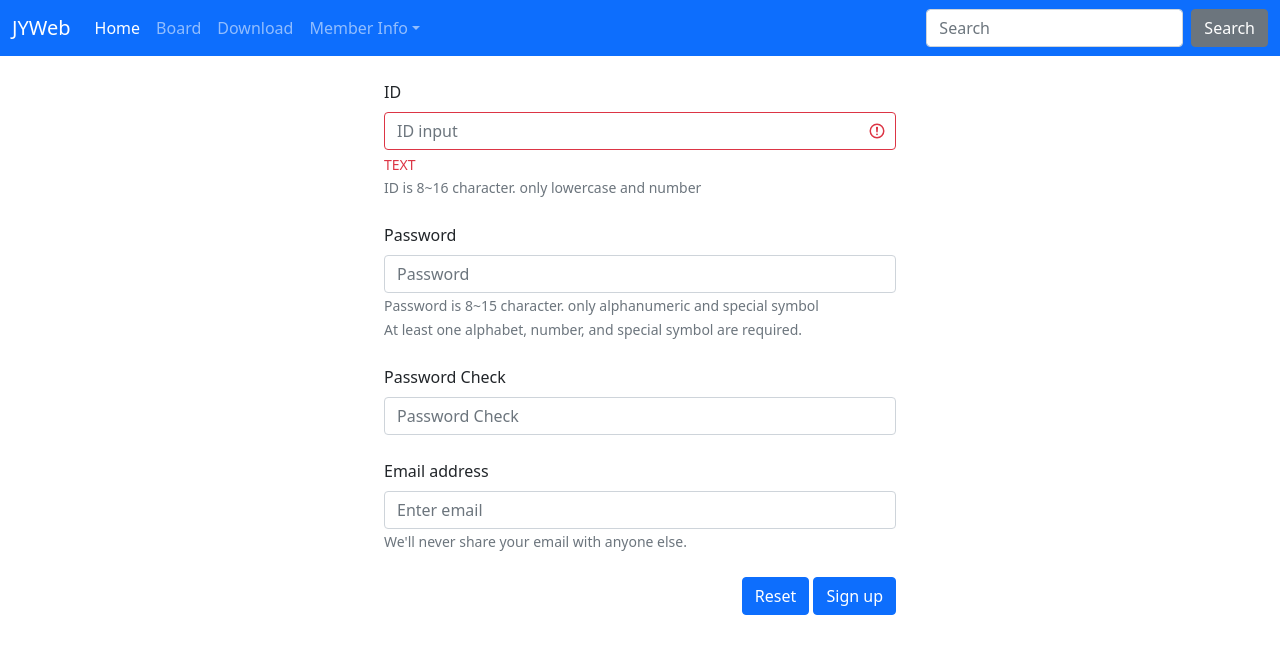
Repository: kjy4926/Javastudy
Page: http://localhost/web_service/signupform
An editor plug-in stored every save of this project. The page is shown before and after the next save, followed by the edit.
The browser window is 1280 px wide. The pictures show the whole page.
The page is served by Tomcat 9.

Above is the page before, as saved 2022-06-03 03:43:53.

After the next save:
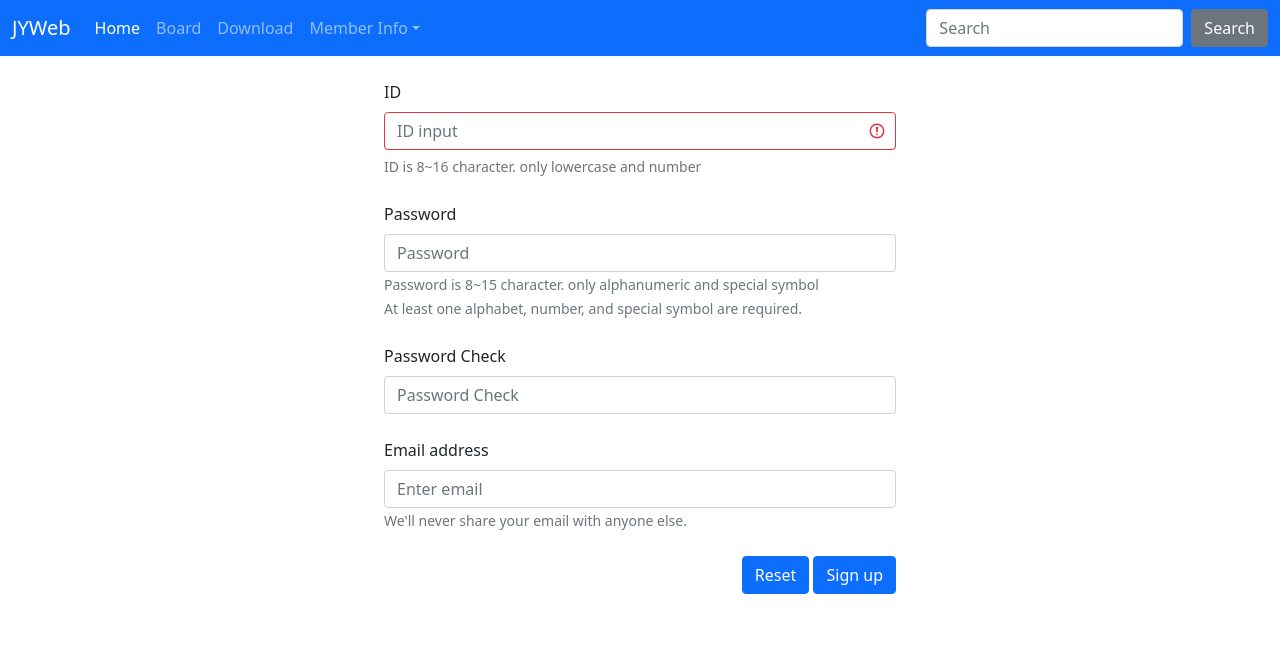
Saved 53 s later.
--- a/jspworkspace/web_service/WebContent/docs/signup.jsp
+++ b/jspworkspace/web_service/WebContent/docs/signup.jsp
@@ -29,7 +29,7 @@
 				<label class="form-label mt-4" for="inputID">ID</label>
 				<input type="text" placeholder="ID input" class="form-control is-valid is-invalid" id="inputID" name="id"
 				 	pattern="^[a-z][a-z0-9]{7,15}$" oninput="idDuplicateCheck(this.form)" required>
-				<div class="invalid-feedback"><span id="idResult">TEXT</span></div>
+				<div class="invalid-feedback"><span id="idResult"></span></div>
 				<small id="idHelp" class="form-text text-muted">ID is 8~16 character. only lowercase and number</small>
 				<input type="hidden" id="dupflag" name="dupck" value="0">
 			</div>
